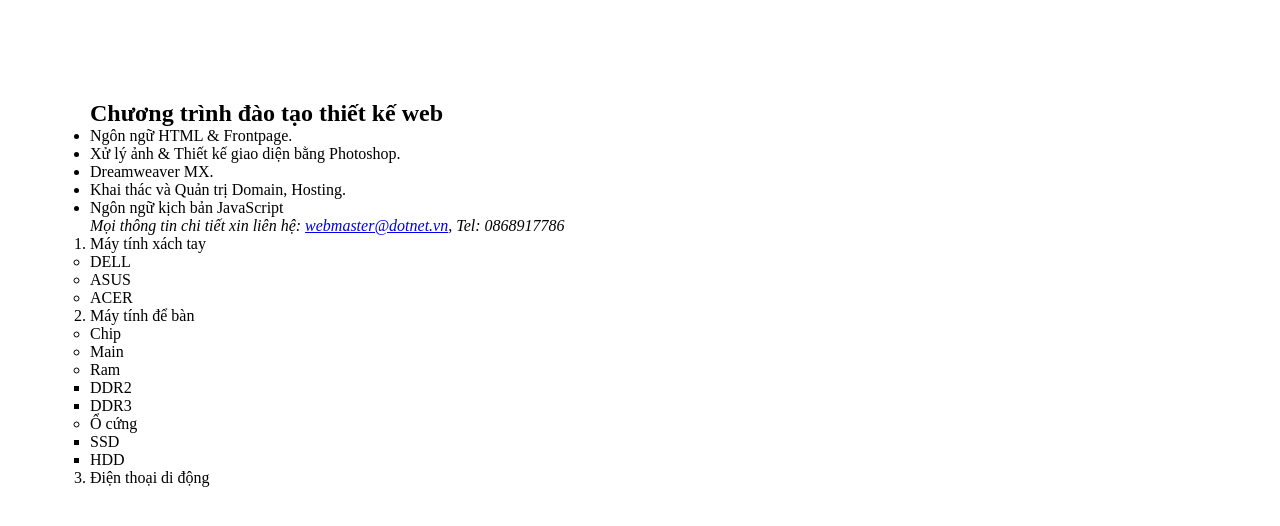
Repository: tuiladev/TKW
Page: ListTag/index.html
The author's editor kept a copy of each file at every save. The page is drawn from the files as they stood at one save, then again after a run of saves.
The browser window is 1280 px wide. The pictures show the whole page.

Above is the page before, as saved 2022-03-15 22:58:15.

After the next 2 saves:
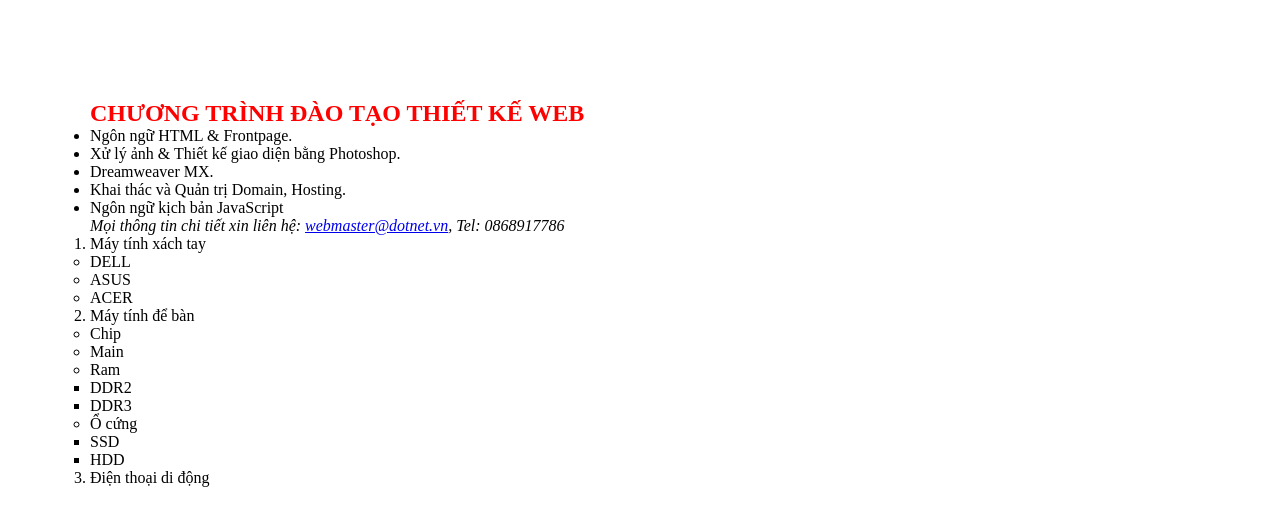
The 2 saves are shown as one change because they came seconds apart.
The last was saved 10 s later.
--- a/ListTag/index.html
+++ b/ListTag/index.html
@@ -17,7 +17,9 @@
         font-size: 16px;
       }
       .program__title{
-        text-transform: ;
+        text-transform: uppercase;
+        color: red;
+        fon
       }
     </style>
   </head>
